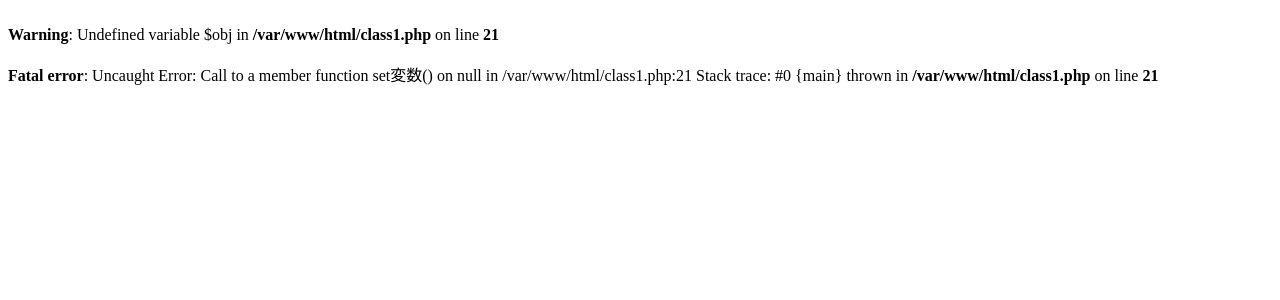
Repository: JFN-N/Practice
Page: http://localhost/class1.php
The author's editor kept a record of every edit. The page is drawn from the files as they stood at one moment, then again after the next edit.
The browser window is 1280 px wide. The pictures show the whole page.
The page is run by PHP 8.4 with error messages shown; the project is at /var/www/html/.

Above is the page before.

### class1.php
<?php

class クラス名
{
    //
    private $変数;

    // アクセサ
    public function set変数($v)
    {
        $this->変数 = $v;
    }
    //
    public function get変数()
    {
        return $this->変数;
    }
}

//
$obj->set変数("金");
echo $obj->get変数() , "\n";

After the next edit:
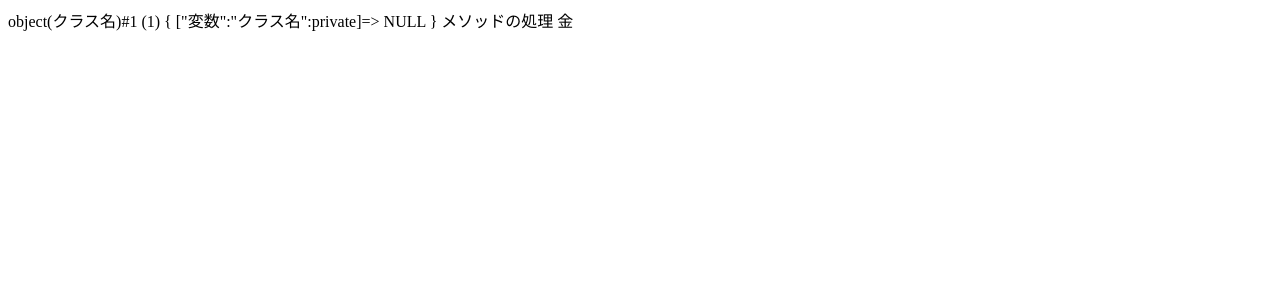
The edit:
--- a/class1.php
+++ b/class1.php
@@ -4,6 +4,12 @@
 {
     //
     private $変数;
+
+    public function 関数()
+    {
+        // 処理
+        echo "メソッドの処理 \n";
+    }
 
     // アクセサ
     public function set変数($v)
@@ -17,6 +23,12 @@
     }
 }
 
+// クラスからインスタンス（オブジェクト）を作ってみる
+$obj = new クラス名();
+var_dump($obj);
+$obj->関数(); // メソッドを呼び出す
+// echo $obj->変数 , "\n"; // 変数を読む：これはエラーになる
+
 //
-$obj->set変数("金");
+$obj->set変数('金');
 echo $obj->get変数() , "\n";
